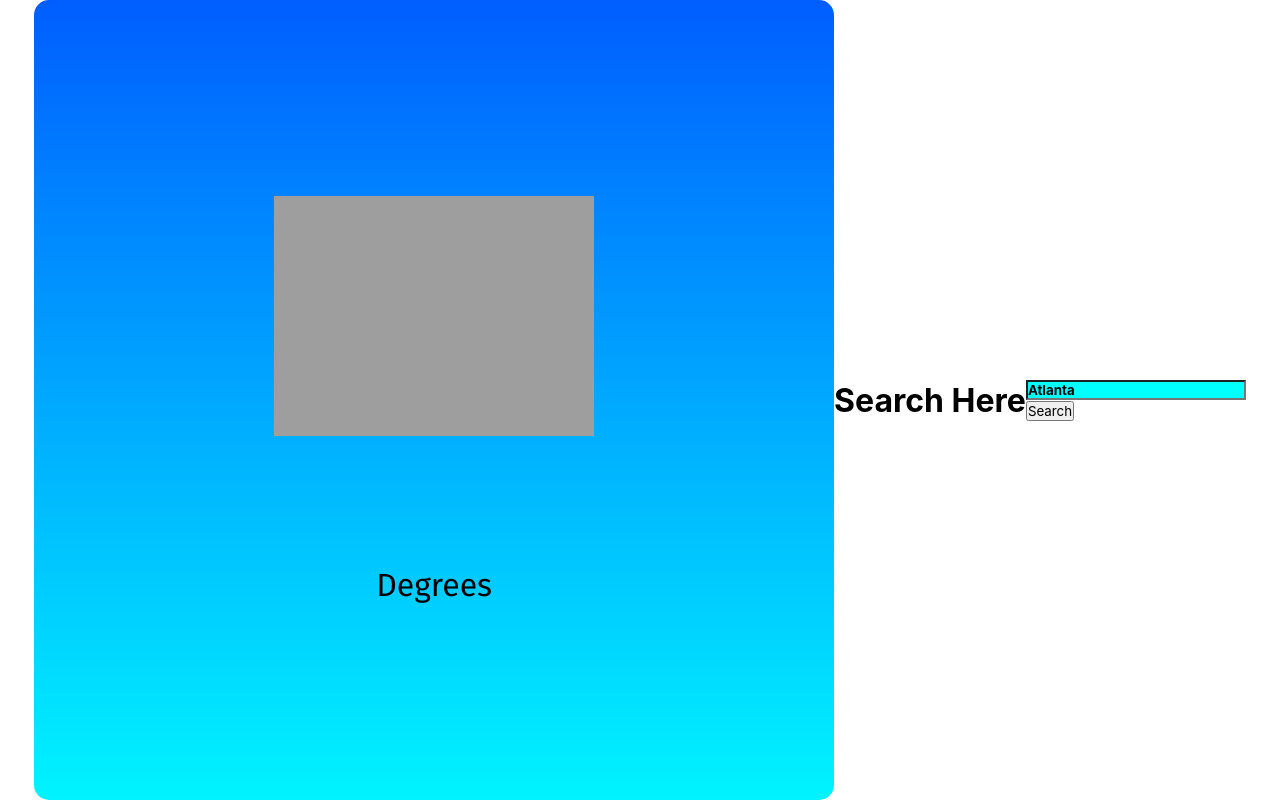
Repository: sayrilamar/chumsweatherapp
Page: /
The author's editor kept a copy of each file at every save. The page is drawn from the files as they stood at one save, then again after the next save.
The browser window is 1280 px wide. The pictures show the whole page.
Pictures or frames that could not be fetched are drawn as grey boxes. The page's requests for data from a server got no answer. The project was rebuilt for these pictures with package versions that can differ from the ones it lists, and the page was loaded fresh each time. No one was signed in, and anything a server would have sent is missing.

Above is the page before, as saved 2020-04-18 16:56:32.

### src/index.css
* {
  margin: 0;
  padding: 0;
  font-family: -apple-system, BlinkMacSystemFont, 'Segoe UI', 'Roboto', 'Oxygen',
    'Ubuntu', 'Cantarell', 'Fira Sans', 'Droid Sans', 'Helvetica Neue',
    sans-serif;
  -webkit-font-smoothing: antialiased;
  -moz-osx-font-smoothing: grayscale;
}

### src/App.js
import React, {useState, useEffect} from "react";
import "./App.css";
import WeatherCard from "./components/WeatherCard/component.js";

function App() {
  const [query,
    setQuery] = useState("Atlanta");
  const [weather,
    setWeather] = useState({temp: null, city: null, condition: null, country: null, description: null});

  const data = async q => {
    const apiRes = await fetch(`http://api.openweathermap.org/data/2.5/weather?q=${q}&units=imperial&APPID=ab0ef440364092f54ff821ca2b803163`);
    const resJSON = await apiRes.json();
    return resJSON;
  };

  const handleSearch = e => {
    // data(query).then(res => console.log(res));
    e.preventDefault();
    data(query).then(res => {
      setWeather({temp: res.main.temp, city: res.name, condition: res.weather[0].main, country: res.sys.country, description: res.weather[0].description});
    });
  };

  // runs once the dom is loaded for the first time only, because there is no
  // variable being watched in the dependency array
  useEffect(() => {
    data(query).then(res => {
      setWeather({temp: res.main.temp, city: res.name, condition: res.weather[0].main, country: res.sys.country, description: res.weather[0].description});
    });
  }, []);

  return (
    <div className="App">
      <div>
        <WeatherCard
          temp={weather.temp}
          condition={weather.condition}
          city={weather.city}
          state={weather.country}
          description={weather.description}/>
      </div>
      <h1>Search Here</h1>
      <form>
        <div>
          <input
            className="input"
            value={query}
            onChange={e => setQuery(e.target.value)}/>
        </div>
        <div>
          <button onClick={e => handleSearch(e)}>Search</button>
        </div>
      </form>
    </div>
  );
}

export default App;

### src/App.css
@import url("https://fonts.googleapis.com/css?family=Merriweather|Fira+Sans&display=swap");

.App {
  margin: 0 auto;
  color: white;
  display: flex;
  justify-content: center;
  align-items: center;
}

h1 {
  color: black;
}

.input {
  background-color: aqua;
  font-weight: bold;
  width: 200;
}

### src/components/WeatherCard/component.js
import React from "react";
import styled from "@emotion/styled";
import Location from "./Location";
import Icon from "./Icon";
import Condition from "./Condition";

const WeatherCard = ({temp, condition, city, state, description}) => {
    let highColor = 0;
    let lowColor = 0;
    let bg = null;

    if (temp > 53.6) {
        highColor = (1 - (temp - 53.6) / 50.4) * 255;
        lowColor = highColor - 150;
        bg = `linear-gradient(
            to top,
            rgb(255, ${highColor}, 0),
            rgb(255, ${lowColor}, 0)
          )`;
    } else if (temp <= 53.6) {
        highColor = (1 - (temp + 4) / 89) * 255;
        lowColor = highColor - 150;
        bg = `linear-gradient(
            to top,
            rgb(0, ${highColor}, 255),
            rgb(0, ${lowColor}, 255)
          )`;
    }

    const Card = styled.div `
    margin: 0 auto;
    background: ${bg};
    width: 800px;
    height: 800px;
    display: flex;
    flex-direction: column;
    justify-content: space-around;
    align-items: center;
    border-radius: 15px;
  `;

    return (
        <Card>
            <Location city={city} state={state}/>
            <Icon condition={condition}/>
            <Condition temp={temp} condition={condition} description={description}/>
        </Card>
    );
};

export default WeatherCard;

### src/components/WeatherCard/Location.js
import React from "react";
import styled from "@emotion/styled";

const Location = ({city, state}) => {
  const Container = styled.div `
    text-align: center;
  `;

  const City = styled.h1 `
    font-family: "Merriweather", sans-serif;
    font-size: 1.6rem;
  `;

  const Country = styled.h3 `
    font-family: "Fira Sans", sans-serif;
    font-size: 1.1rem;
  `;

  return (
    <Container>
      <City>{city}</City>
      <Country>{state}</Country>
    </Container>
  );
};

export default Location;

### src/components/WeatherCard/Icon.js
import React from "react";
import styled from "@emotion/styled";

// https://openweathermap.org/weather-conditions
const Icon = ({condition}) => {
  let icon;
  switch (condition) {
    case "Clouds":
      icon = `02d@2x`;
      break;
    case "Clear":
      icon = `01d@2x`;
      break;
    case "Haze":
      icon = `50d@2x`;
      break;
    case "Fog":
      icon = `50d@2x`;
      break;
    case "Tornado":
      icon = `50d@2x`;
      break;
    case "Dust":
      icon = `50d@2x`;
      break;
    case "Mist":
      icon = `50d@2x`;
      break;
    case "Snow":
      icon = `13d@2x`;
      break;
    case "Rain":
      icon = `10d@2x`;
      break;
    case "Drizzle":
      icon = `11d@2x`;
      break;
    case "Thunderstorm":
      icon = `11d@2x`;
      break;
    default:
      icon = ``;
      break;
  }

  const Icon = styled.img `
    width: 40%;
  `;

  return (<Icon src={`http://openweathermap.org/img/wn/${icon}.png`} alt="Weather Icon"/>);
};

export default Icon;

### src/components/WeatherCard/Condition.js
import React, {Fragment} from "react";
import styled from "@emotion/styled";

const Condition = ({temp, condition, description}) => {
  const Temp = styled.h1 `
    font-family: "Fira Sans", sans-serif;
    font-size: 2rem;
    font-weight: 200;
  `;

  const State = styled.h3 `
    font-family: "Merriweather", sans-serif;
    font-size: 1.2rem;
  `;

  return (
    <Fragment>
      <Temp>
        {temp}
        Degrees
      </Temp>
      <State>{description}</State>
    </Fragment>
  );
};

export default Condition;

Loaded but not shown: public/index.html (common file); src/index.js (common file); src/serviceWorker.js (common file)

After the next save:
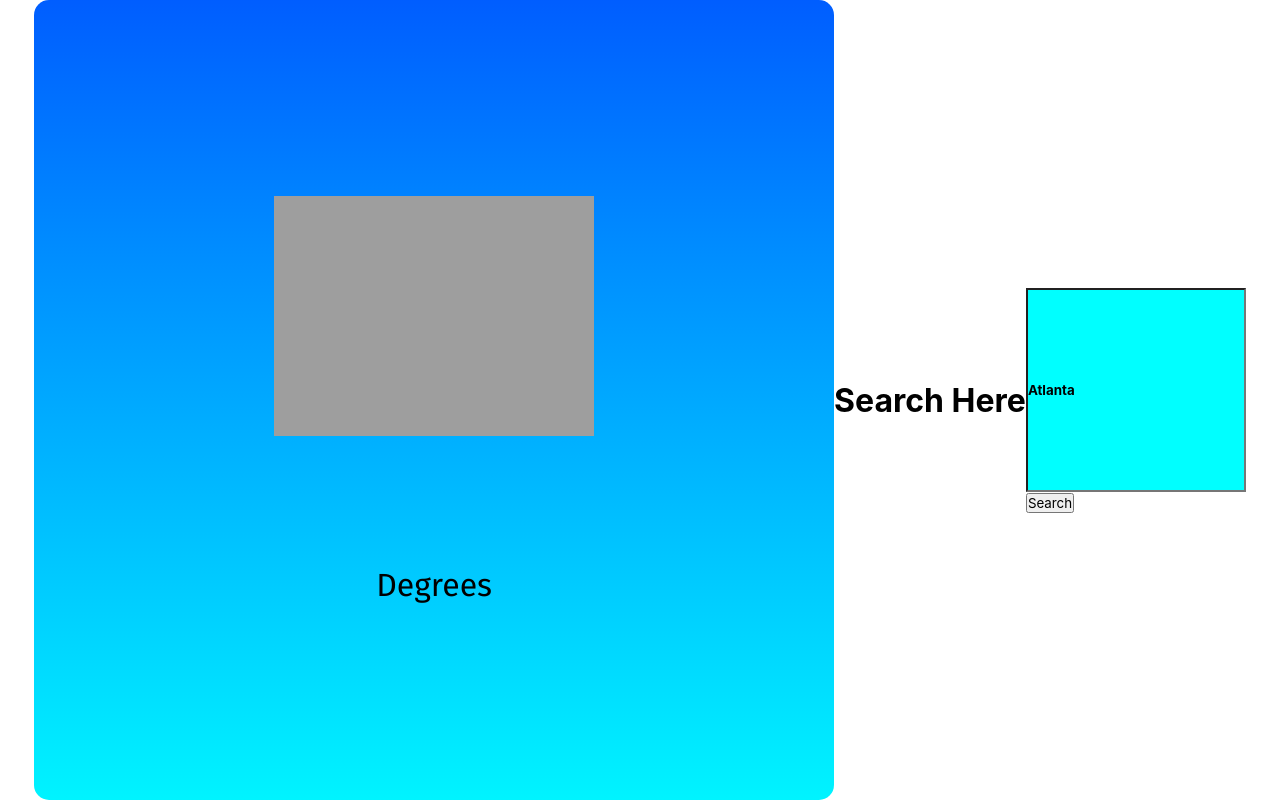
Saved 18 s later.
--- a/src/App.css
+++ b/src/App.css
@@ -15,5 +15,5 @@ h1 {
 .input {
   background-color: aqua;
   font-weight: bold;
-  width: 200;
+  height: 200px
 }
